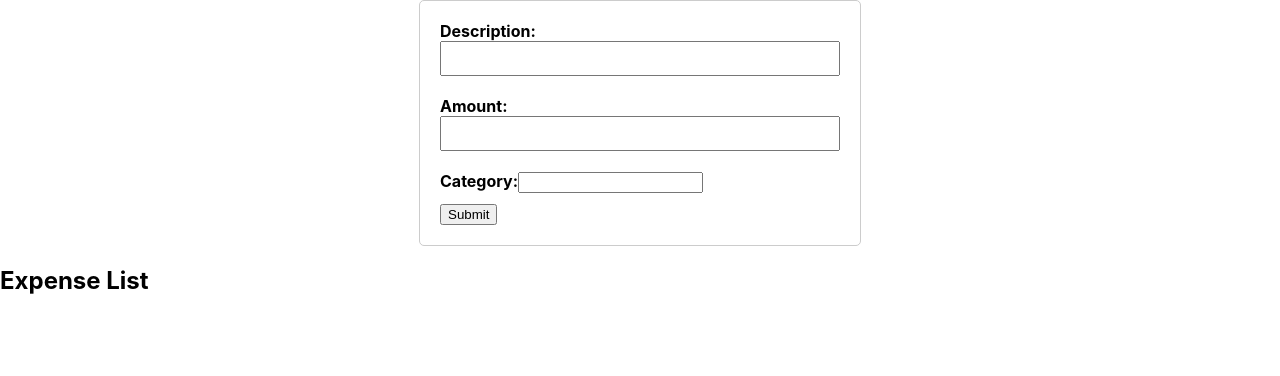
Repository: Victor-MGB/basic-expense-tracker
Page: / (app in expense-tracker/)
The author's editor kept a copy of each file at every save. The page is drawn from the files as they stood at one save, then again after a run of saves.
The browser window is 1280 px wide. The pictures show the whole page.
The project was rebuilt for these pictures with package versions that can differ from the ones it lists, and the page was loaded fresh each time. Also part of the build but not shown: expense-tracker/src/component/ExpenseItem.js.

Above is the page before, as saved 2023-12-10 22:44:00.

After the next 2 saves:
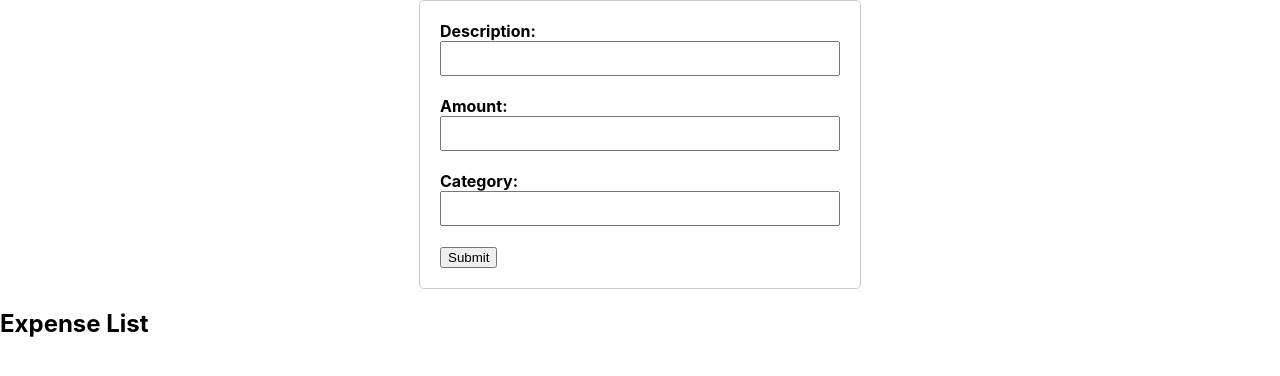
The 2 saves are shown as one change because they came seconds apart.
The last was saved 10 s later.
--- a/expense-tracker/src/component/ExpenseForm.js
+++ b/expense-tracker/src/component/ExpenseForm.js
@@ -76,7 +76,7 @@ export function ExpenseForm({onAddExpense}) {
 
             <label style={labelStyle}>
                 Category:
-                <input type='text' value={category} onChange={handleCategory}/>
+                <input type='text' value={category} onChange={handleCategory} style={inputStyle}/>
             </label>
 
             <button type='submit'> Submit</button>
